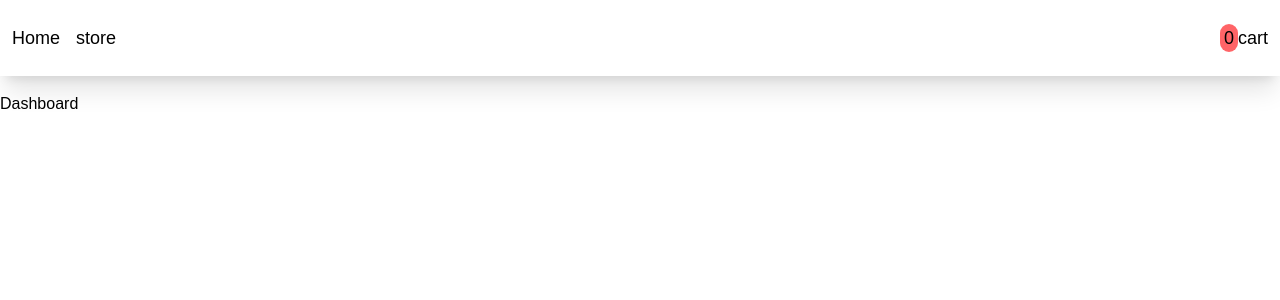
Repository: Rohullah-Noori/Nextjs-online-shop
Page: /dashboard
The author's editor kept a copy of each file at every save. The page is drawn from the files as they stood at one save, then again after the next save.
The browser window is 1280 px wide. The pictures show the whole page.
The project was rebuilt for these pictures with package versions that can differ from the ones it lists, and the page was loaded fresh each time. The framework's server and built-in components were replaced by stand-ins that run in the browser. Also part of the build but not shown: next.config.ts.

Above is the page before, as saved 2025-05-28 10:27:02.

### src/app/components/Layout.tsx
import React from "react";
import Navbar from "./Navbar";

interface IlayoutProps {
  children: React.ReactNode;
}

export default function Layout({ children }: IlayoutProps) {
  return (
    <div>
      <Navbar />
      {children}
    </div>
  );
}

### src/app/context/page.tsx
"use client";
import React, { createContext, useContext, useEffect, useState } from "react";
import { json } from "stream/consumers";

type IshopContextProps = {
  children: React.ReactNode;
};

type cartItems = {
  id: number;
  qty: number;
};

type TshopingContext = {
  cart: cartItems[];
  HandleincreasetoCard: (id: number) => void;
  getProductqty: (id: number) => number;
  totalitemsqty: number;
  handledecreasetoCard: (id: number) => void;
  RemovehandleSubmit: (id: number) => void;
};

const shopingContext = createContext({} as TshopingContext);

export const useShopingContextCustim = () => {
  return useContext(shopingContext);
};

export default function ConextShop({ children }: IshopContextProps) {
  const [cart, setCart] = useState<cartItems[]>([]);

  const getProductqty = (id: number) => {
    return cart.find((item) => item.id == id)?.qty ?? 0;
  };

  const totalitemsqty = cart.reduce((totalgqty, item) => {
    return totalgqty + item.qty;
  }, 0);

  const HandleincreasetoCard = (id: number) => {
    setCart((prev) => {
      const isnotExist = prev.find((item) => item.id === id) == null;
      if (isnotExist) {
        return [...prev, { id: id, qty: 1 }];
      } else {
        return prev.map((item) => {
          if (item.id == id) {
            return { ...item, qty: item.qty + 1 };
          } else {
            return item;
          }
        });
      }
    });
  };

  const handledecreasetoCard = (id: number) => {
    setCart((prev) => {
      const islastOne = prev.find((item) => item.id == id)?.qty == 1;
      if (islastOne) {
        return prev.filter((item) => item.id != id);
      } else {
        return prev.map((item) => {
          if (item.id == id) {
            return {
              ...item,
              qty: item.qty - 1,
            };
          } else {
            return item;
          }
        });
      }
    });
  };

  const RemovehandleSubmit = (id: number) => {
    setCart((prev) => {
      return prev.filter((item) => item.id != id);
    });
  };

  useEffect(() => {
    const StoredCards = localStorage.getItem("cart");
    if (StoredCards) {
      try {
        setCart(JSON.parse(StoredCards));
      } catch (error) {
        console.error("Failed to parse stored cart data:", error);
        setCart([]);
      }
    }
  }, []);

  useEffect(() => {
    localStorage.setItem("cart", JSON.stringify(cart));
  }, [cart]);

  return (
    <shopingContext.Provider
      value={{
        cart,
        HandleincreasetoCard,
        getProductqty,
        totalitemsqty,
        handledecreasetoCard,
        RemovehandleSubmit,
      }}
    >
      {children}
    </shopingContext.Provider>
  );
}

### src/app/components/Navbar.tsx
"use client";
import Link from "next/link";
import { usePathname } from "next/navigation";

import React from "react";
import Container from "./Container";
import { useShopingContextCustim } from "../context/page";

export default function Navbar() {
  const { totalitemsqty } = useShopingContextCustim();
  const pathname = usePathname();
  const navlinks = [
    {
      title: "Home",
      href: "/",
    },
    {
      title: "store",
      href: "/store",
    },
  ];

  return (
    <nav className="  flex p-3 mb-4 text-lg  shadow-xl  ">
      <Container>
        <div className="flex justify-between my-3 ">
          <div>
            {navlinks.map((item) => (
              <Link
                key={item.href}
                className={`mr-4 ${
                  pathname === item.href ? "text-sky-400" : ""
                }`}
                href={item.href}
              >
                {item.title}
              </Link>
            ))}
          </div>
          <div>
            <span className="bg-red-400 rounded-4xl p-1">{totalitemsqty}</span>
            <Link href="/cart">cart</Link>
          </div>
        </div>
      </Container>
    </nav>
  );
}

### src/app/components/Container.tsx
import React from "react";
interface IContainerProps {
  children: React.ReactNode;
}

export default function Container({ children }: IContainerProps) {
  return <div className="container mx-auto">{children}</div>;
}

Loaded but not shown: src/app/layout.tsx (common file); src/app/dashboard/page.tsx (common file); src/app/globals.css (common file)

After the next save:
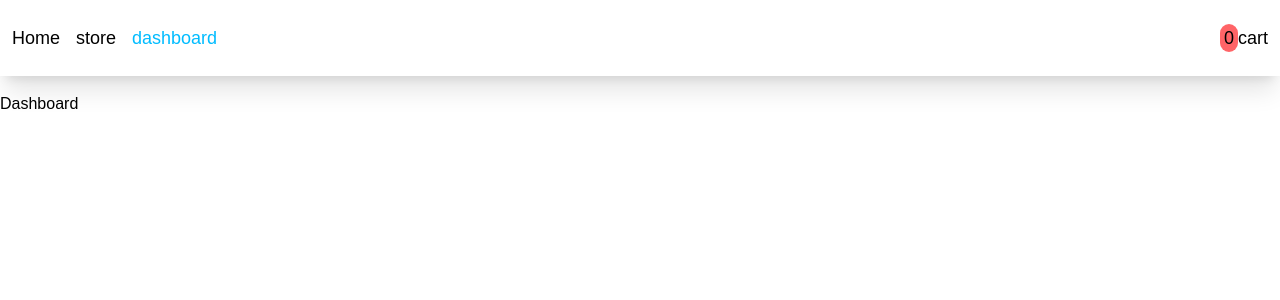
Saved 55 s later.
--- a/src/app/components/Navbar.tsx
+++ b/src/app/components/Navbar.tsx
@@ -17,6 +17,10 @@ export default function Navbar() {
     {
       title: "store",
       href: "/store",
+    },
+    {
+      title: "dashboard",
+      href: "/dashboard",
     },
   ];
 
